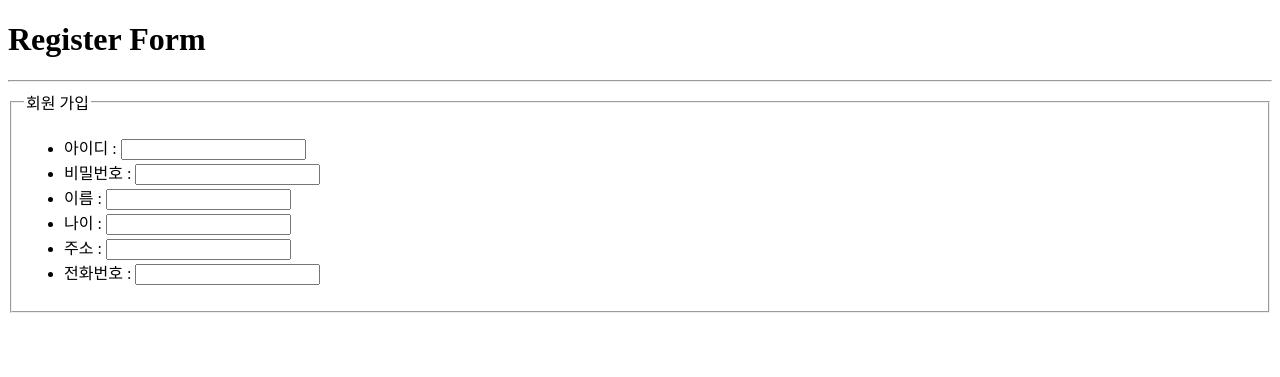
Repository: khy4701/JavaServerPage-Servlet
Page: http://localhost/05.JDBCProject/RegisterForm.jsp
The author's editor kept a copy of each file at every save. The page is drawn from the files as they stood at one save, then again after the next save.
The browser window is 1280 px wide. The pictures show the whole page.
The page is served by Tomcat 9.

Above is the page before, as saved 2016-07-21 00:35:40.

After the next save:
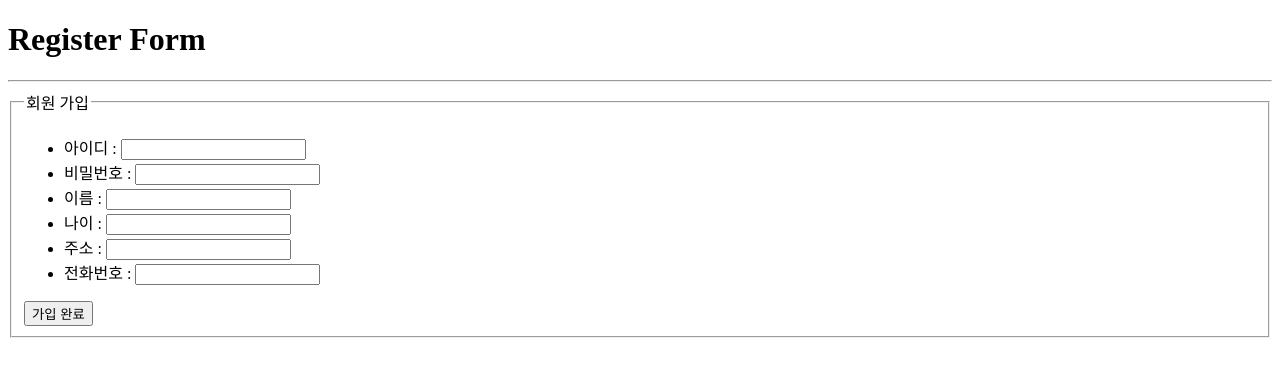
Saved 29 s later.
--- a/05.JDBCProject/WebContent/RegisterForm.jsp
+++ b/05.JDBCProject/WebContent/RegisterForm.jsp
@@ -24,6 +24,7 @@
 <li> 주소 : <input type ="text" name="address">
 <li> 전화번호 : <input type ="text" name="phoneNum">
 </ul>
+<input type="submit" value="가입 완료">
 </fieldset>
 </form>
 
